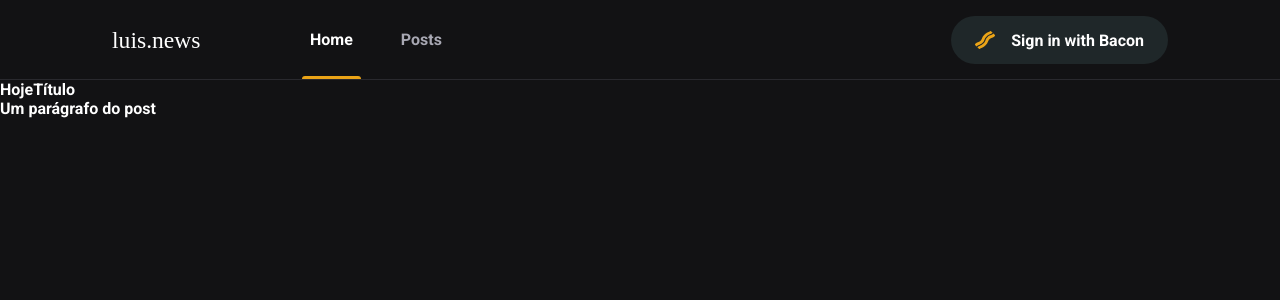
Repository: d4k37/luisnews
Page: /posts
An editor plug-in stored every save of this project. The page is shown before and after the next save, followed by the edit.
The browser window is 1280 px wide. The pictures show the whole page.
The page's requests for data from a server got no answer. The project was rebuilt for these pictures with package versions that can differ from the ones it lists, and the page was loaded fresh each time. The framework's server and built-in components were replaced by stand-ins that run in the browser. No one was signed in, and anything a server would have sent is missing.

Above is the page before, as saved 2021-06-09 12:32:27.

After the next save:
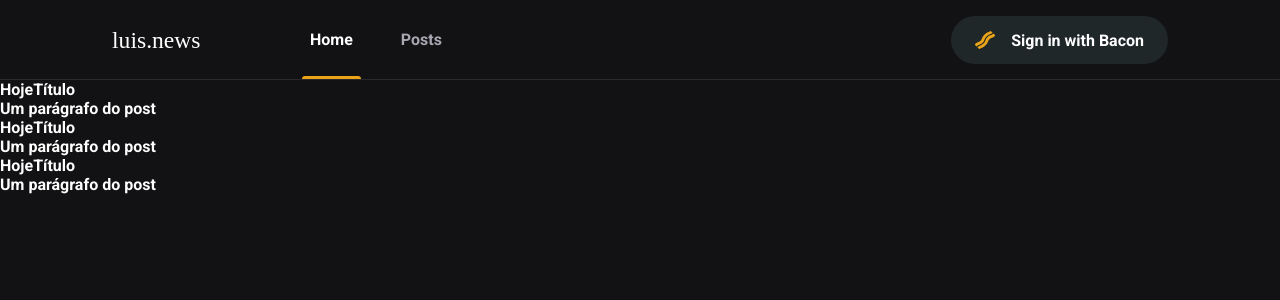
Saved 16 s later.
--- a/src/pages/posts/index.tsx
+++ b/src/pages/posts/index.tsx
@@ -19,6 +19,16 @@ export default function Posts(){
                     <strong>Título</strong>
                     <p>Um parágrafo do post</p>
                 </a>
+                <a>
+                    <time>Hoje</time>
+                    <strong>Título</strong>
+                    <p>Um parágrafo do post</p>
+                </a>
+                <a>
+                    <time>Hoje</time>
+                    <strong>Título</strong>
+                    <p>Um parágrafo do post</p>
+                </a>
             </div>
         </main>
 
